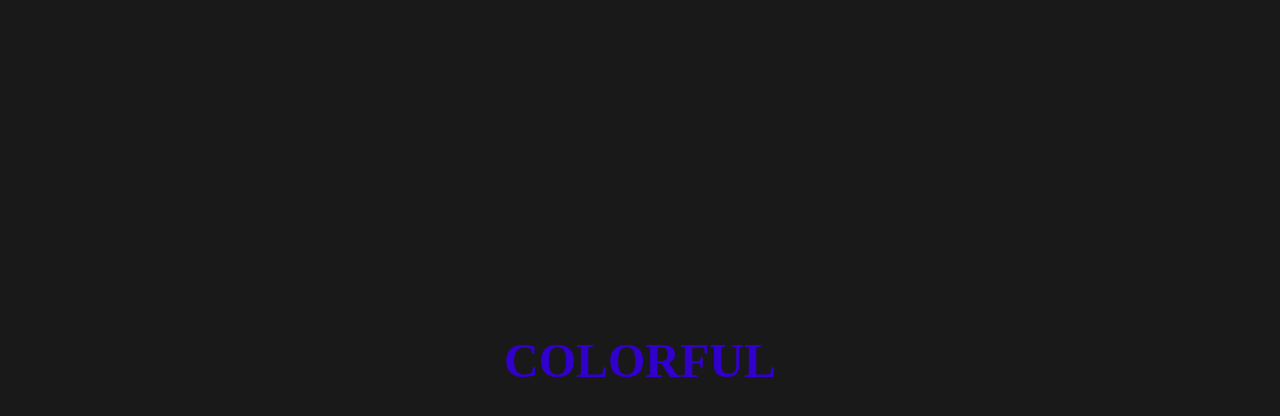
Repository: zuuo/--
Page: 文字颜色跑马灯/index.html
These files come from the project's save history. The page is drawn as it stood at one moment and after the next save; the edit follows.
The browser window is 1280 px wide. The pictures show the whole page.
The style sheet was rebuilt from its Sass, Less or Tailwind sources for each picture, by a compiler version that may differ from the author's.

Above is the page before, as saved 2024-03-01 17:13:18.

### 文字颜色跑马灯/index.html
<!DOCTYPE html>
<html lang="en">

<head>
    <meta charset="UTF-8">
    <meta name="viewport" content="width=device-width, initial-scale=1.0">
    <title>Document</title>
    <link rel="stylesheet" href="./style.css">
</head>

<body>
    <div class="box">
        <span>C</span><span>O</span><span>L</span><span>O</span><span>R</span><span>F</span><span>U</span><span>L</span>
    </div>
</body>

</html>

### 文字颜色跑马灯/style.less
body {
    margin: 0;
    padding: 0;
}

.box {
    width: 100vw;
    height: 100vh;
    background-color: #1a1919;
    display: flex;
    align-items: center;
    justify-content: center;

    span {
        font-size: 48px;
        font-weight: bolder;
        color: #f00;
        animation: shine 2s infinite;
    }
}

@keyframes shine {
    form {
        color: #f00;
    }

    to {
        color: #00f;
    }
}

After the next save:
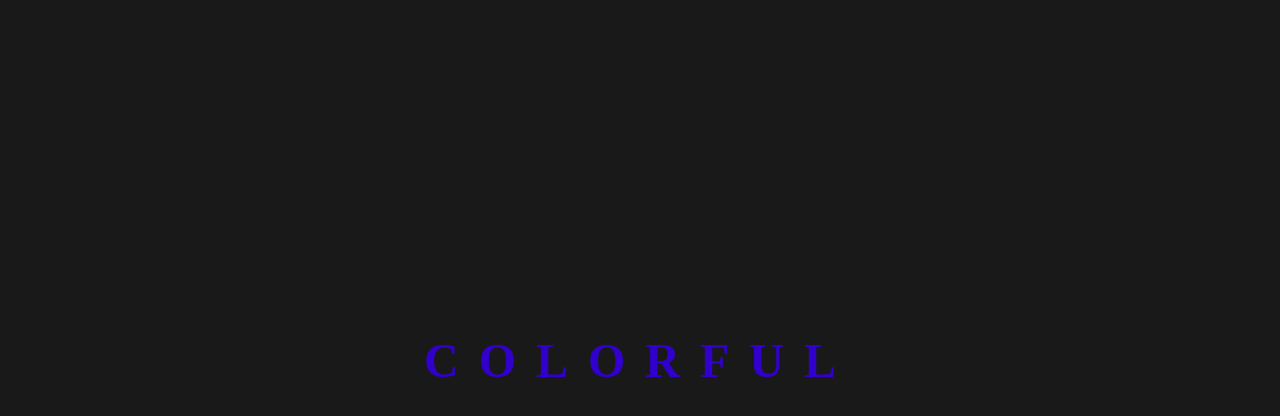
Saved 16 s later.
--- a/文字颜色跑马灯/style.less
+++ b/文字颜色跑马灯/style.less
@@ -14,6 +14,7 @@
     span {
         font-size: 48px;
         font-weight: bolder;
+        letter-spacing: 20px;
         color: #f00;
         animation: shine 2s infinite;
     }
